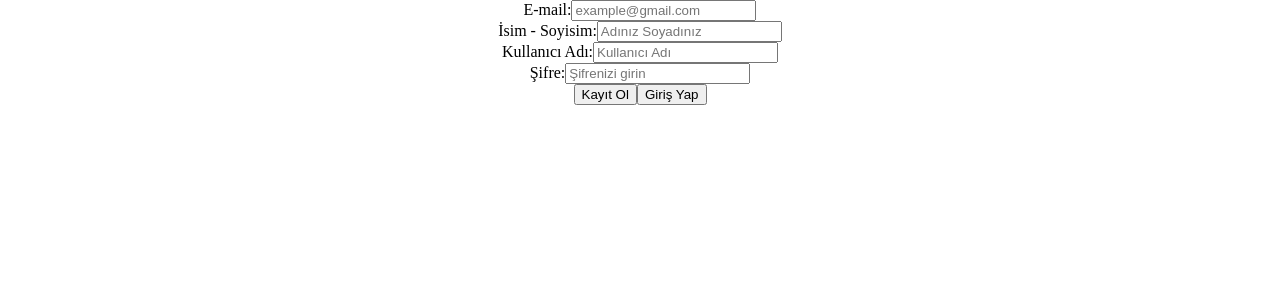
Repository: rumeyssaasya/TaskifyFrontendExample
Page: /
These files come from the project's save history. The page is drawn as it stood at one moment and after the next save; the edit follows.
The browser window is 1280 px wide. The pictures show the whole page.
The project was rebuilt for these pictures with package versions that can differ from the ones it lists, and the page was loaded fresh each time. Also part of the build but not shown: vite.config.ts, src/pages/Login/login.tsx, src/component/Navbar/navbar.tsx, src/component/CreateTask/createTask.tsx, src/component/ProjectList/projectList.tsx, src/component/CreateProject/createProject.tsx, src/component/TaskCard/taskCard.tsx, src/component/ProjectDetails/projectDetail.tsx and 4 more.

Above is the page before, as saved 2025-07-27 22:20:27.

### index.html
<!doctype html>
<html lang="en">
  <head>
    <meta charset="UTF-8" />
    <link rel="icon" type="image/svg+xml" href="" />
    <meta name="viewport" content="width=device-width, initial-scale=1.0" />
    <title>Taskify</title>
  </head>
  <body>
    <div id="root"></div>
    <script type="module" src="/src/main.tsx"></script>
  </body>
</html>

### src/index.css
:root {
    margin: 0px;
    padding: 0px;
}

body {
    margin: 0px;
    padding: 0px;
}

### src/App.tsx
import './App.css'
import { BrowserRouter, Route, Routes } from 'react-router-dom';
import LoginForm from './pages/Login/login';
import RegisterForm from './pages/Register/register';
import Projects from './pages/Projects/projects';
import ProtectedRoute from './api/ProtectedRoute';
import Tasks from './pages/Tasks/tasks';

function App() {
  return (
    <BrowserRouter>
      <Routes>
        <Route path="/" element={<RegisterForm />} />
         <Route path="/auth/login" element={<LoginForm/>} />
        <Route element={<ProtectedRoute />}>
          <Route path="/projects" element={<Projects />} />
          <Route path="/tasks" element={<Tasks />} />
        </Route>
      </Routes>
    </BrowserRouter>
  )
}

export default App

### src/App.css
#root {
  max-width: 1280px;
  margin: 0 10px;
  padding: 0px;
  text-align: center;
}


@keyframes logo-spin {
  from {
    transform: rotate(0deg);
  }

  to {
    transform: rotate(360deg);
  }
}

### src/pages/Register/register.tsx
import React, { useState } from "react";
import api from "../../api/axios"
import { useNavigate } from "react-router-dom";


const RegisterForm = () => {
  const [email, setEmail] = useState("");
  const [fullName, setFullName] = useState("");
  const [username, setUsername] = useState("");
  const [password, setPassword] = useState("");
  const [error, setError] = useState<string | null>(null);
  const navigate = useNavigate();

  const handleSubmit = async (e: React.FormEvent<HTMLFormElement>) => {
    e.preventDefault();

    try {
      const response = await api.post("https://taskifybackendapi-production.up.railway.app/auth/register", {
        email,
        fullName,
        username,
        password,
      });

      const token = response.data.token;
      localStorage.setItem("token", token);
      navigate("/auth/login");
    } catch (err) {
      setError("Kayıt işlemi başarısız. Lütfen bilgileri kontrol edin.");
    }
  };

  return (
    <form onSubmit={handleSubmit}>
      <div>
        <label>E-mail:</label>
        <input
          type="email"
          placeholder="example@gmail.com"
          value={email}
          onChange={(e) => setEmail(e.target.value)}
          autoComplete="email"
          required
        />
      </div>

      <div>
        <label>İsim - Soyisim:</label>
        <input
          type="text"
          placeholder="Adınız Soyadınız"
          value={fullName}
          onChange={(e) => setFullName(e.target.value)}
          autoComplete="name"
          required
        />
      </div>

      <div>
        <label>Kullanıcı Adı:</label>
        <input
          type="text"
          placeholder="Kullanıcı Adı"
          value={username}
          onChange={(e) => setUsername(e.target.value)}
          autoComplete="username"
          required
        />
      </div>

      <div>
        <label>Şifre:</label>
        <input
          type="password"
          placeholder="Şifrenizi girin"
          value={password}
          onChange={(e) => setPassword(e.target.value)}
          autoComplete="new-password"
          required
        />
      </div>

      {error && <p style={{ color: "red" }}>{error}</p>}

      <button type="submit">Kayıt Ol</button>
       <button type="button" onClick={()=>navigate("/auth/login")}>Giriş Yap</button>
    </form>
  );
};

export default RegisterForm;

### src/api/axios.ts
import axios from 'axios';

// 1. Axios instance oluşturuyoruz, böylece tüm isteklerde aynı baseURL kullanılır
const api = axios.create({
  baseURL: 'https://taskifybackendapi-production.up.railway.app', // Backend adresin, kendi projenin URL'si
});

// 2. İstek gönderilmeden önce çalışacak interceptor ekliyoruz
api.interceptors.request.use(config => {
  // 3. localStorage'dan token'ı alıyoruz
  const token = localStorage.getItem('token');

  // 4. Eğer token varsa, istek header'ına ekliyoruz
  if (token!== null) {
    config.headers.Authorization = `Bearer ${token}`;
  }

  // 5. İsteği geri döndür, böylece axios devam edebilir
  return config;
}, error => {
  // 6. Hata varsa burada yakalayabiliriz
  return Promise.reject(error);
});

export default api;

Loaded but not shown: src/main.tsx (common file)

After the next save:
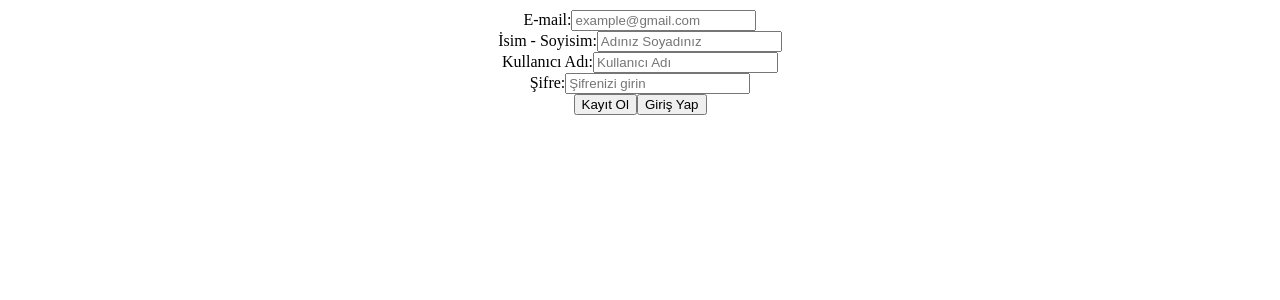
Saved 7 s later.
--- a/src/App.css
+++ b/src/App.css
@@ -1,6 +1,6 @@
 #root {
   max-width: 1280px;
-  margin: 0 10px;
+  margin: 10px;
   padding: 0px;
   text-align: center;
 }

After the save that followed:
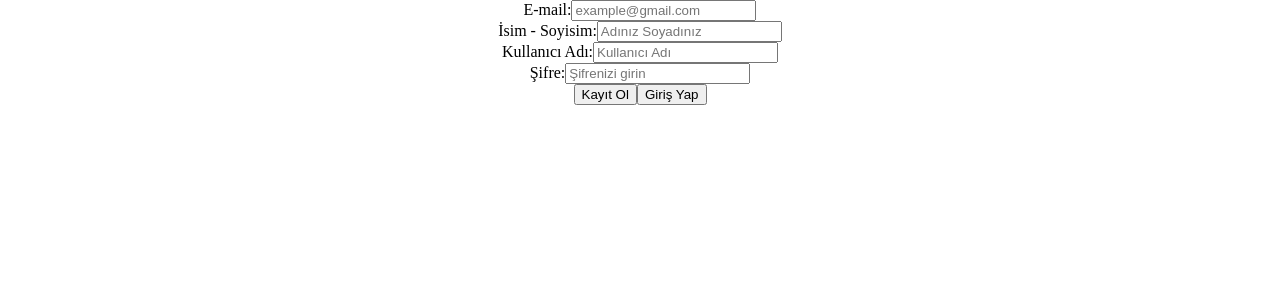
Saved 18 s later.
--- a/src/App.css
+++ b/src/App.css
@@ -1,6 +1,6 @@
 #root {
   max-width: 1280px;
-  margin: 10px;
+  margin: 0px;
   padding: 0px;
   text-align: center;
 }
